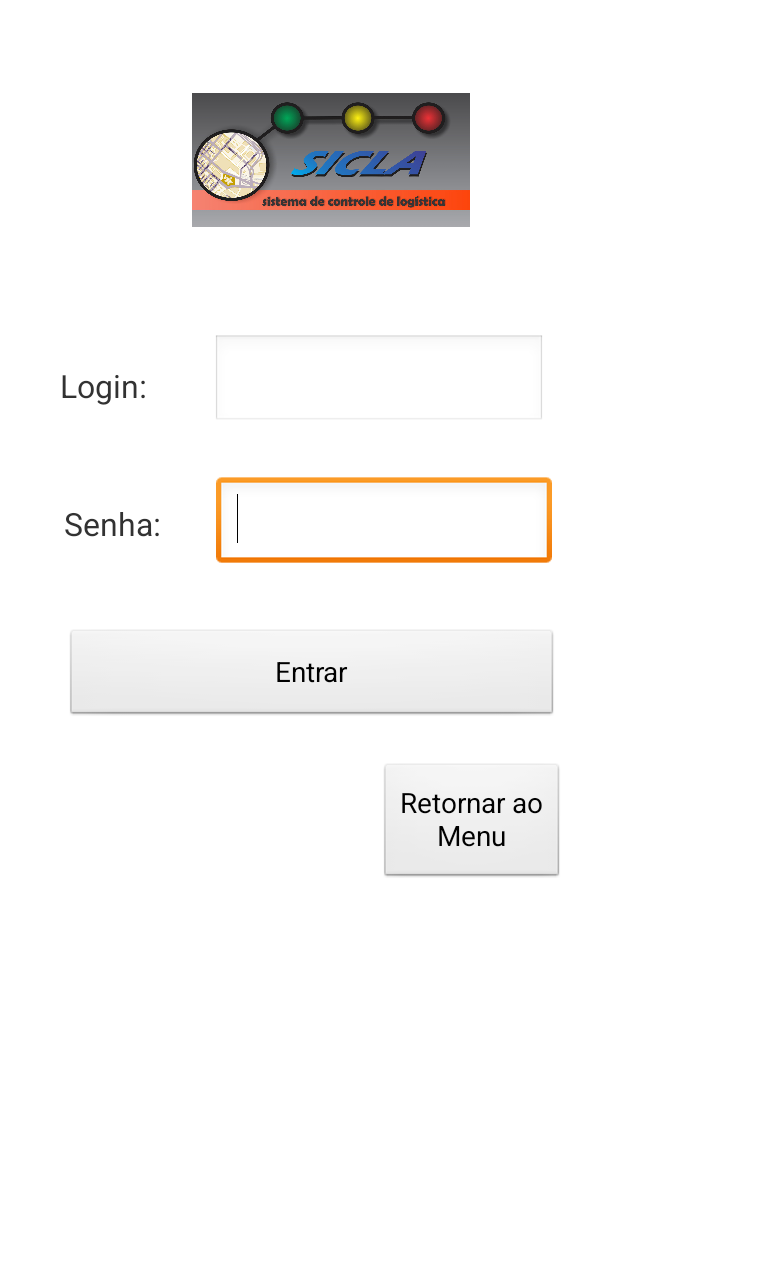
Repository: danielpedroza/SICLA
Layout: Sicla/res/layout/logincliente.xml
The author's editor kept a copy of each file at every save. The layout is drawn from the files as they stood at one save, then again after the next save.
It is drawn on a 768 x 1280 px phone screen (xhdpi) without system bars, with theme AppTheme; the app's code is not run.

Above is the layout before, as saved 2013-07-06 05:03:19.

After the next save:
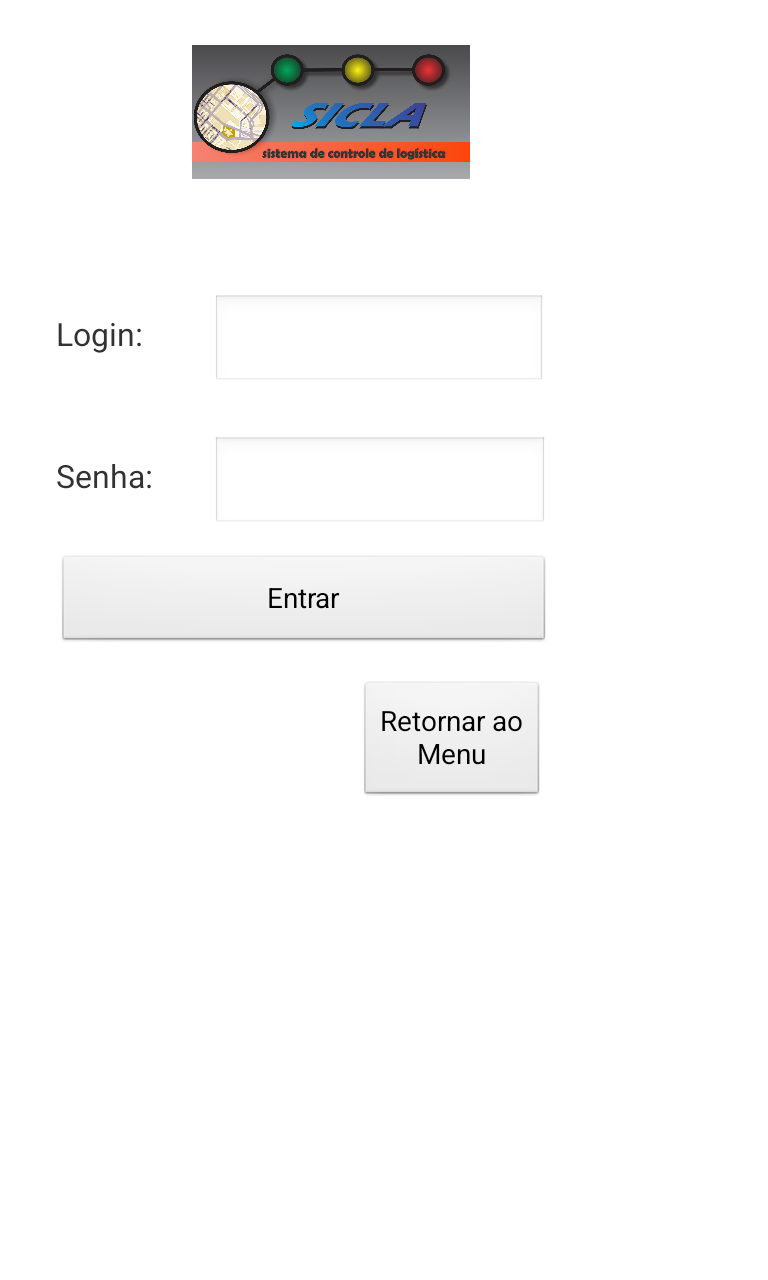
Saved 2 min 41 s later.
--- a/Sicla/res/layout/logincliente.xml
+++ b/Sicla/res/layout/logincliente.xml
@@ -25,15 +25,23 @@
             android:layout_width="139dp"
             android:layout_height="120dp"
             android:layout_x="80dp"
-            android:layout_y="4dp"
+            android:layout_y="-20dp"
             android:src="@drawable/sicla" />
+
+        <EditText
+            android:id="@+id/editText2"
+            android:layout_width="167dp"
+            android:layout_height="wrap_content"
+            android:layout_x="90dp"
+            android:layout_y="131dp"
+            android:ems="10" />
 
         <TextView
             android:id="@+id/textView1"
             android:layout_width="65dp"
             android:layout_height="wrap_content"
-            android:layout_x="14dp"
-            android:layout_y="166dp"
+            android:layout_x="12dp"
+            android:layout_y="140dp"
             android:text="Login:"
             android:textSize="16dp" />
 
@@ -41,8 +49,8 @@
             android:id="@+id/textView2"
             android:layout_width="wrap_content"
             android:layout_height="wrap_content"
-            android:layout_x="16dp"
-            android:layout_y="235dp"
+            android:layout_x="12dp"
+            android:layout_y="211dp"
             android:text="Senha:"
             android:textSize="16dp" />
 
@@ -50,36 +58,25 @@
             android:id="@+id/editText1"
             android:layout_width="168dp"
             android:layout_height="wrap_content"
-            android:layout_x="92dp"
-            android:layout_y="222dp"
+            android:layout_x="90dp"
+            android:layout_y="202dp"
             android:ems="10"
-            android:inputType="textPassword" >
-
-            <requestFocus />
-        </EditText>
-
-        <EditText
-            android:id="@+id/editText2"
-            android:layout_width="167dp"
-            android:layout_height="wrap_content"
-            android:layout_x="90dp"
-            android:layout_y="151dp"
-            android:ems="10" />
+            android:inputType="textPassword" />
 
         <Button
             android:id="@+id/button_cliente"
             android:layout_width="248dp"
             android:layout_height="wrap_content"
-            android:layout_x="16dp"
-            android:layout_y="298dp"
+            android:layout_x="12dp"
+            android:layout_y="261dp"
             android:text="Entrar" />
 
         <Button
             android:id="@+id/button2"
             android:layout_width="94dp"
             android:layout_height="62dp"
-            android:layout_x="173dp"
-            android:layout_y="365dp"
+            android:layout_x="163dp"
+            android:layout_y="324dp"
             android:text="Retornar ao Menu" />
 
     </AbsoluteLayout>
